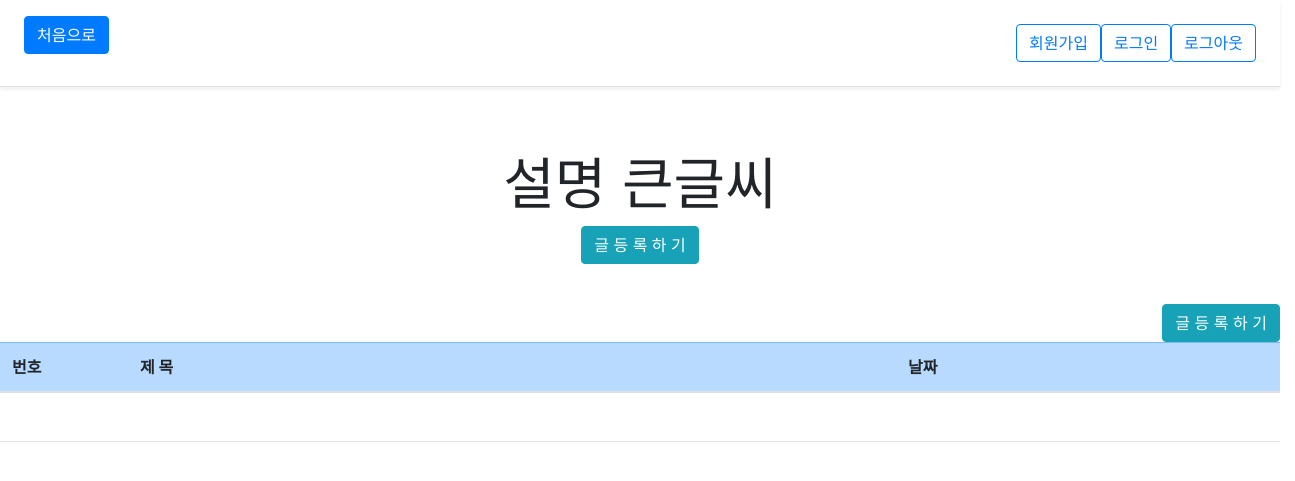
Repository: SettingRhino/innogleantmanager
Page: http://localhost/antmanager/WEB-INF/views/diary.jsp
These files come from the project's save history. The page is drawn as it stood at one moment and after the next save; the edit follows.
The browser window is 1280 px wide. The page is 1295 px wide, then 1280 px, so the pictures cover 1295 px, including what lies to the right of the window. The pictures show the whole page.
The page is served by Tomcat 9. Nobody is signed in. The template is opened directly, without the code that normally fills it, so the values that code supplies are empty.

Above is the page before, as saved 2020-06-09 02:37:57.

After the next save:
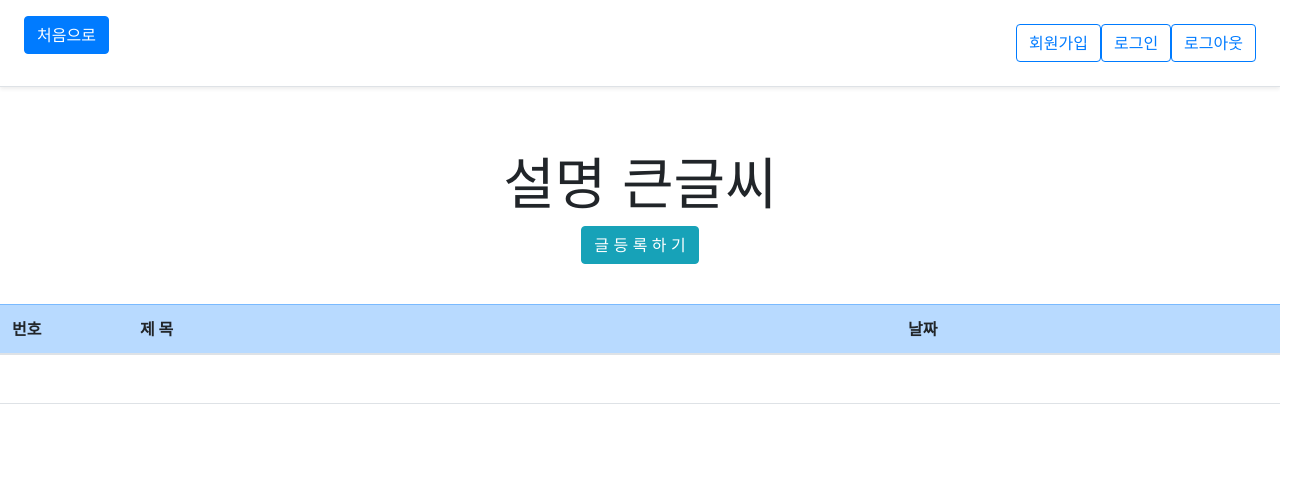
Saved 19 s later.
--- a/antmanager/src/main/webapp/WEB-INF/views/diary.jsp
+++ b/antmanager/src/main/webapp/WEB-INF/views/diary.jsp
@@ -62,14 +62,14 @@
 		class="pricing-header px-3 py-3 pt-md-5 pb-md-4 mx-auto text-center">
 		<h1 class="display-4">설명 큰글씨</h1>
 		<p class="lead"><a href="<c:url value="/diary/edit"/>" class="btn btn-info" role="button">글 등 록 하 기</a></p>
-	</div>
+	</div><!--
 	<div class="row">
 		<div class="col-lg-4"></div>
 		<div class="col-lg-4"></div>
 		<div class="col-lg-4" align="right">
 			<a href="<c:url value="/diary/edit"/>" class="btn btn-info" role="button">글 등 록 하 기</a>
 		</div>
-	</div>
+	</div> -->
 	<table class="table">
 		<thead>
 			<tr class="table-primary">
